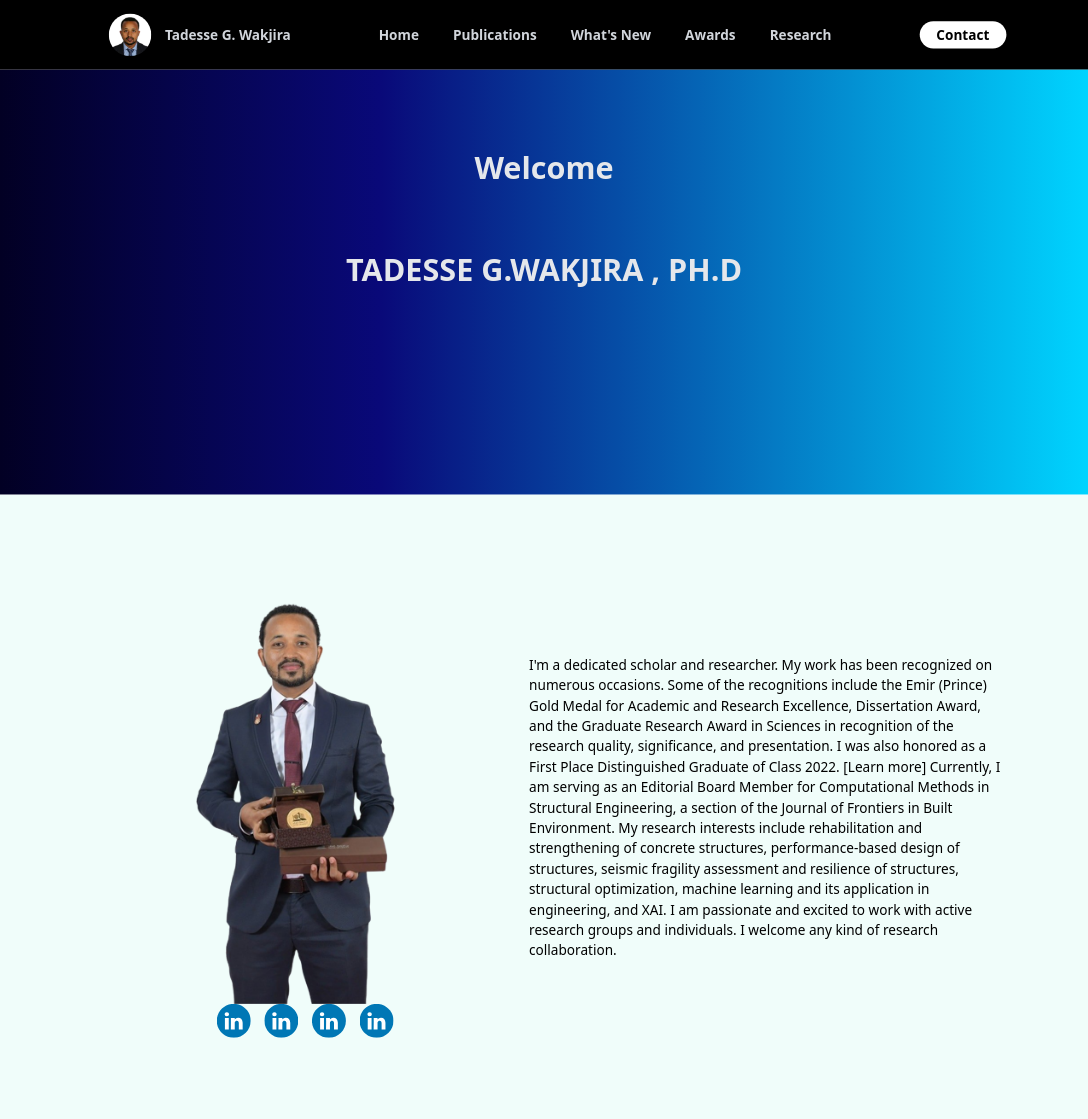
Repository: Elias-Kibret/Tade-portfoilo
Page: /
The author's editor kept a copy of each file at every save. The page is drawn from the files as they stood at one save, then again after the next save.
The browser window is 1280 px wide. The pictures show the whole page, at 85% of full size.
The project was rebuilt for these pictures with package versions that can differ from the ones it lists, and the page was loaded fresh each time. The framework's server and built-in components were replaced by stand-ins that run in the browser. Also part of the build but not shown: next.config.js.

Above is the page before, as saved 2022-06-28 11:23:19.

### pages/index.tsx
import type { NextPage } from 'next'
import Head from 'next/head'
import Image from 'next/image'
import About from '../components/About'
import Header from '../components/Header'
import Hero from '../components/Hero'
const Home: NextPage = () => {
  return (
    <div>
      <Head>
        <title>Create Next App</title>
        <link rel="icon" href="/favicon.ico" />
      </Head>
      <Header/>
      <Hero/>
      <About/>
    </div>
  )
}

export default Home

### styles/globals.css
@tailwind base;
@tailwind components;
@tailwind utilities;

.hero{
    width:100%;
    height:500px;
    background-image: url('../public/Img/BG.jpg');
    background-size: cover;
    background-position: center;
    background-position: center;
    background-repeat: no-repeat;

}
.hero-cover{
    background-color: rgba(22, 22, 22, 0.6);
    width:100%;
    height:500px;
    background: rgb(2,0,36);
background: linear-gradient(90deg, rgba(2,0,36,1) 0%, rgba(9,9,121,1) 35%, rgba(0,212,255,1) 100%);
}

### components/About.tsx
import Image from 'next/image'
import profileImage from '../public/Img/heroImage.png'
import Link from 'next/link'
import linkedin from '../public/Img/Linkedin.svg'
const About = () => {
  return (
    <section className='bg-teal-50 flex justify-between items-center  p-24 mx-auto '>
        <div className='w-3/4'>
        <Image  src={profileImage} width={500} height={500} alt="Tadessa G.wakjira"/>
        {/* Social media Links */}
        <div className='space-x-4 flex justify-center'>
            <Link href=""><a> <Image src={linkedin} width={40} height={40} alt="Linkedin"/></a></Link>
            <Link href=""><a><Image src={linkedin} width={40} height={40} alt="Linkedin"/></a></Link>
            <Link href=""><a><Image src={linkedin} width={40} height={40} alt="Linkedin"/></a></Link>
            <Link href=""><a><Image src={linkedin} width={40} height={40} alt="Linkedin"/></a></Link>
        </div>
        </div>
        <div className='w-4/5'>
           <p>
           I'm a dedicated scholar and researcher. My work has been recognized on numerous occasions. Some of the recognitions include the Emir (Prince) Gold Medal for Academic and Research Excellence, Dissertation Award, and the Graduate Research Award in Sciences in recognition of the research quality, significance, and presentation. I was also honored as a First Place Distinguished Graduate of Class 2022. [Learn more]

Currently, I am serving as an Editorial Board Member for Computational Methods in Structural Engineering, a section of the Journal of Frontiers in Built Environment.

My research interests include rehabilitation and strengthening of concrete structures, performance-based design of structures, seismic fragility assessment and resilience of structures, structural optimization, machine learning and its application in engineering, and XAI.

I am passionate and excited to work with active research groups and individuals. I welcome any kind of research collaboration.
           </p>
        </div>
    </section>
  )
}

export default About

### components/Header.tsx
import Head from "next/head"
import Link from "next/link"
import Image from "next/image"
import Logo from '../public/Img/Tadesse.png'
const Header = () => {
  return (
<header className=" bg-black font-semibold  pl-32 py-4 text-gray-300  ">
   <div className="flex justify-between items-center">
      <div className="flex items-center space-x-4">
    <Image src={Logo}   className="rounded-full" width={50} height={50}/>
    <span>Tadesse G. Wakjira</span>
      </div>
      <div className="flex justify-between">
        <nav className="flex list-none space-x-10  hidden md:inline-flex text-black-200">
            <li >
                <Link href="">
                    <a> Home</a>
                </Link>
            </li>
            <li>
                <Link href="">
                    <a> Publications <span></span></a>
                </Link>
            </li>
            <li>
                <Link href="">
                    <a> What's New</a>
                </Link>
            </li>
            <li>
                <Link href="">
                    <a> Awards</a>
                </Link>
            </li>
            <li>
                <Link href="">
                    <a> Research</a>
                </Link>
            </li>

        </nav>

      </div>
      <div className="mr-24 bg-white text-black px-5 py-1  rounded-full">
        <Link href=""  >
                    <a> Contact</a>
                </Link>
        </div>
    </div>
</header>
  )
}

export default Header

### components/Hero.tsx
import heroImage from '../public/Img/Hr.png'
import Image from 'next/image'
const Hero = () => {
  return (
<main  >
<div className='hero h-auto'>

<div className='text-gray-200 hero-cover font-bold   py-24 w-1/2 text-center text-4xl'>
  <div>
  <h1>Welcome</h1>
  <h2 className='py-20'>TADESSE G.WAKJIRA , PH.D</h2>
  </div>

</div>
</div>
</main>
  )
}

export default Hero

Loaded but not shown: pages/_app.tsx (common file); tailwind.config.js (common file)

After the next save:
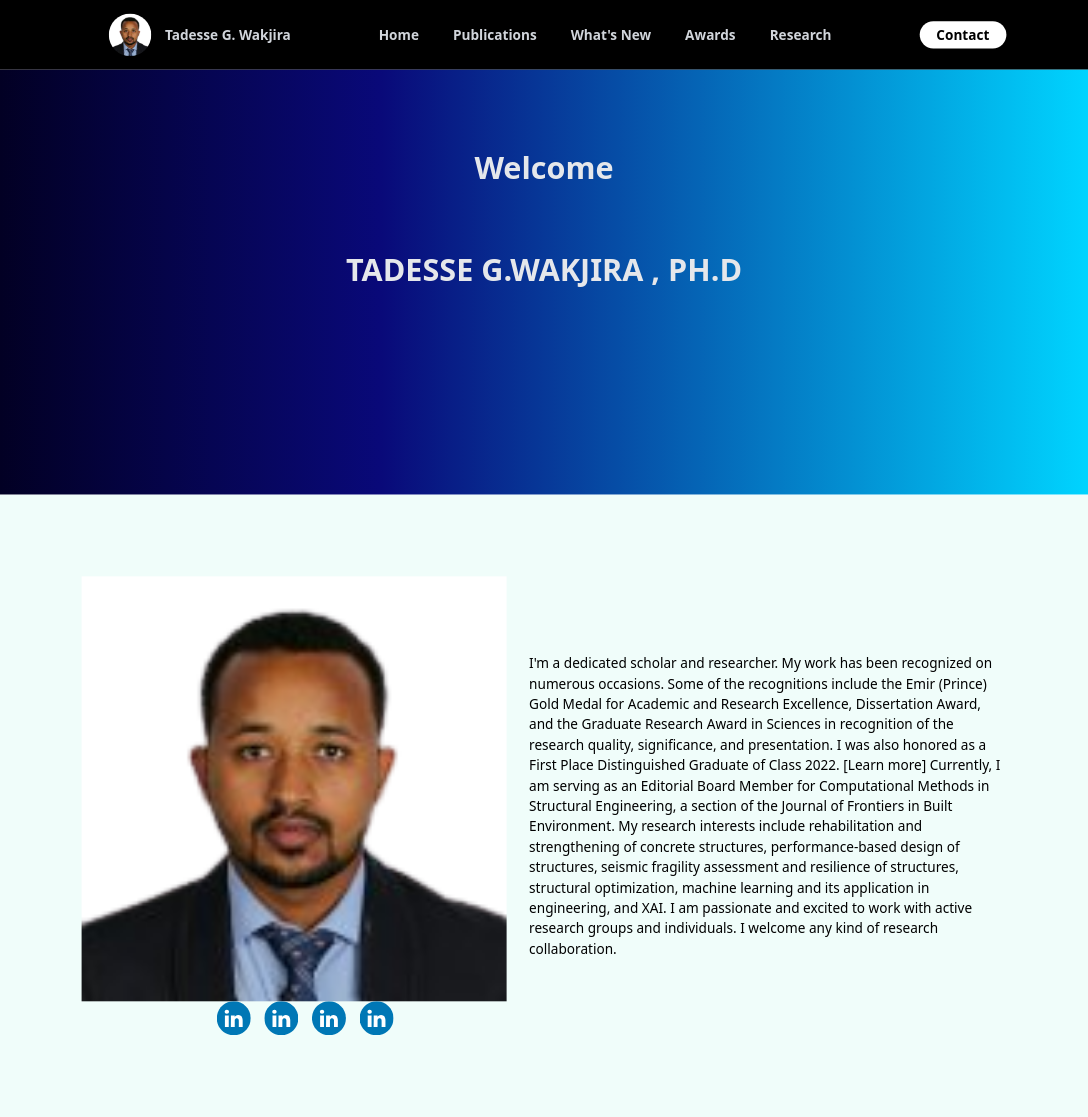
Saved 72 s later.
--- a/components/About.tsx
+++ b/components/About.tsx
@@ -1,5 +1,5 @@
 import Image from 'next/image'
-import profileImage from '../public/Img/heroImage.png'
+import profileImage from '../public/Img/Tadesse.png'
 import Link from 'next/link'
 import linkedin from '../public/Img/Linkedin.svg'
 const About = () => {

After the save that followed:
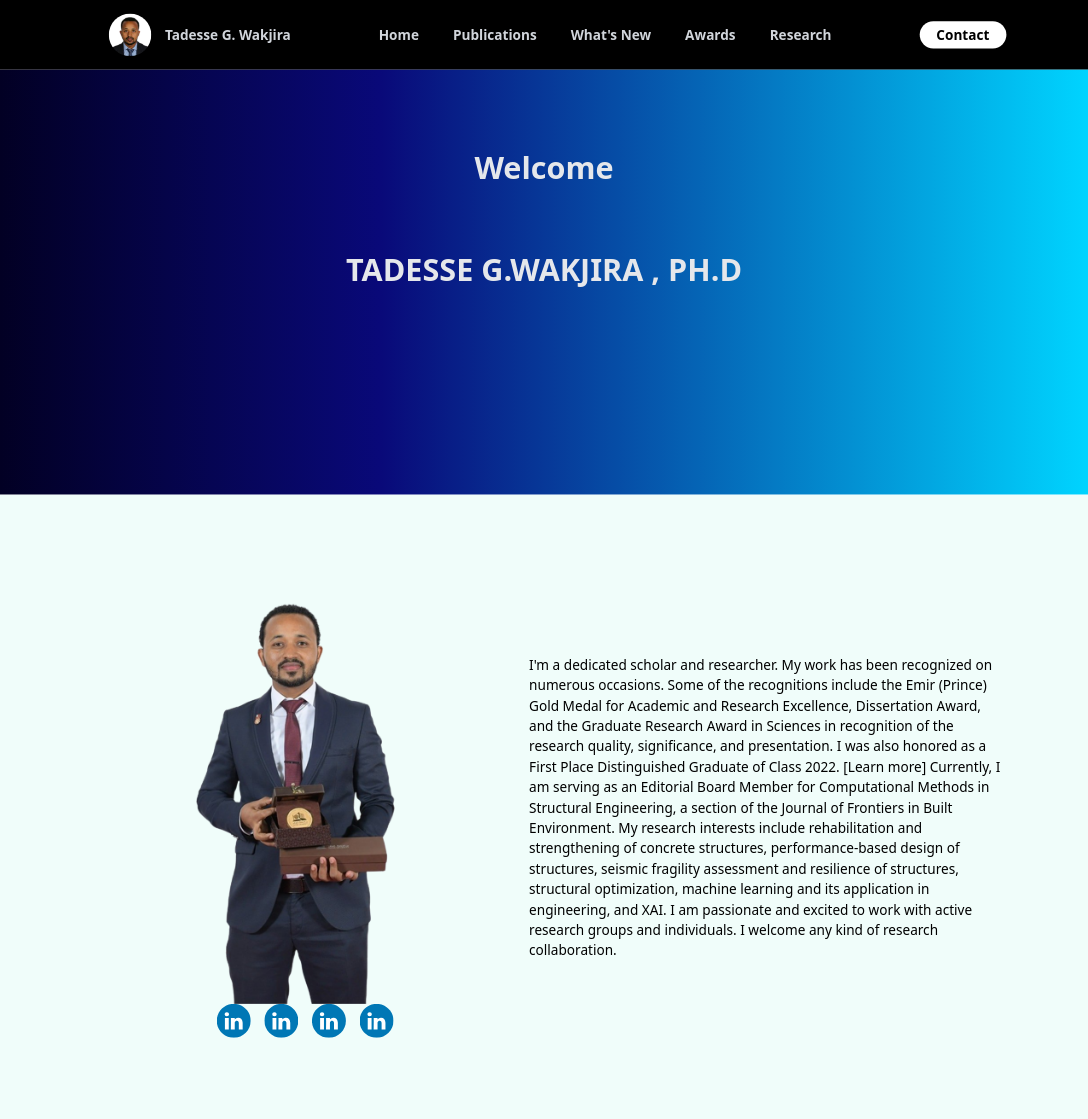
Saved 23 s later.
--- a/components/About.tsx
+++ b/components/About.tsx
@@ -1,5 +1,5 @@
 import Image from 'next/image'
-import profileImage from '../public/Img/Tadesse.png'
+import profileImage from '../public/Img/heroImage.png'
 import Link from 'next/link'
 import linkedin from '../public/Img/Linkedin.svg'
 const About = () => {
